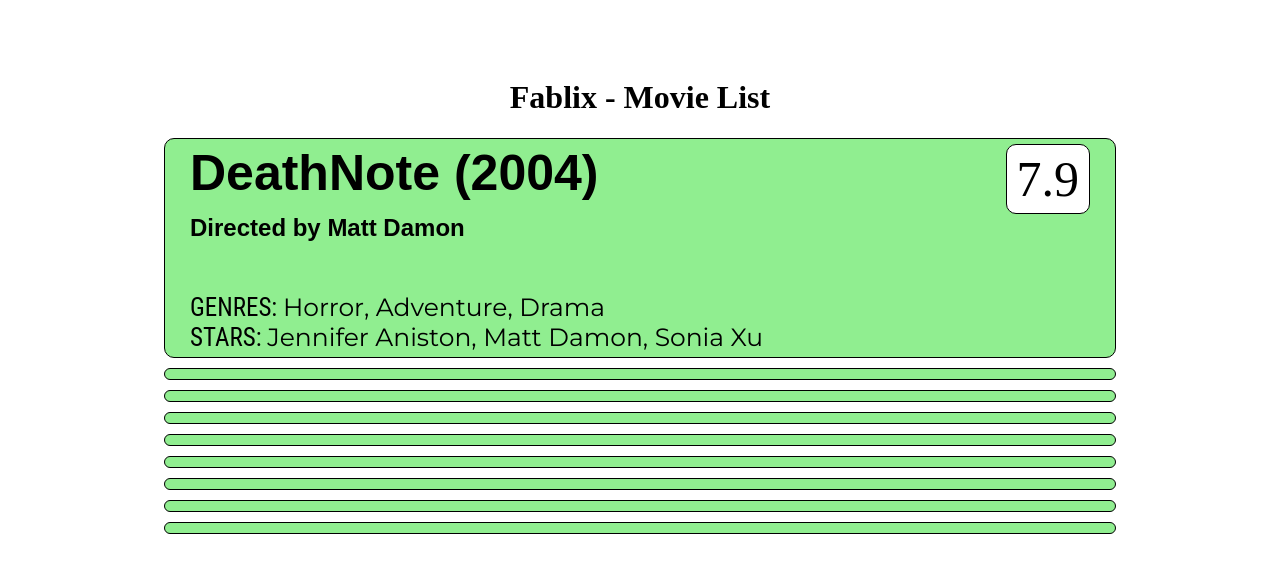
Repository: csumphan/fablix
Page: http://localhost/Project1/
The author's editor kept a copy of each file at every save. The page is drawn from the files as they stood at one save, then again after the next save.
The browser window is 1280 px wide. The pictures show the whole page.
Some web fonts or font styles are not loaded; a fallback is used. The page is served by Tomcat 9. Nobody is signed in. The application's start-up code is not run.

Above is the page before, as saved 2018-01-23 00:30:58.

After the next save:
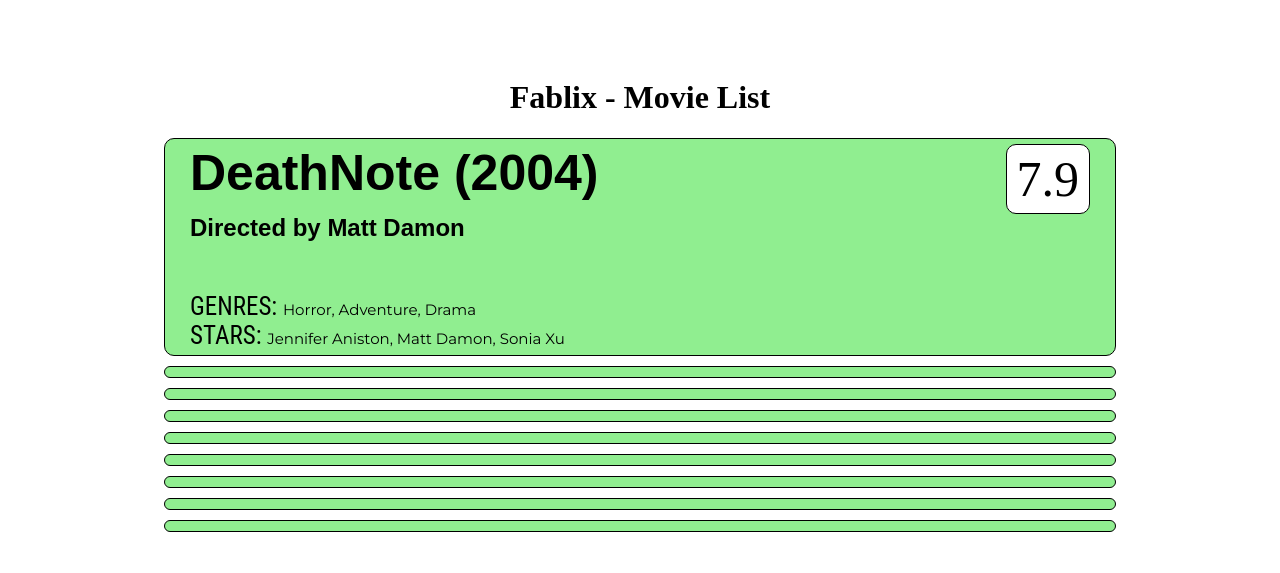
Saved 19 s later.
--- a/Project1/WebContent/styles.css
+++ b/Project1/WebContent/styles.css
@@ -60,8 +60,8 @@
 }
 
 .info-list {
-	font-weight: light !important;
 	font-family: 'Montserrat', sans-serif;
+	font-size: 15px;
 }
 
 
